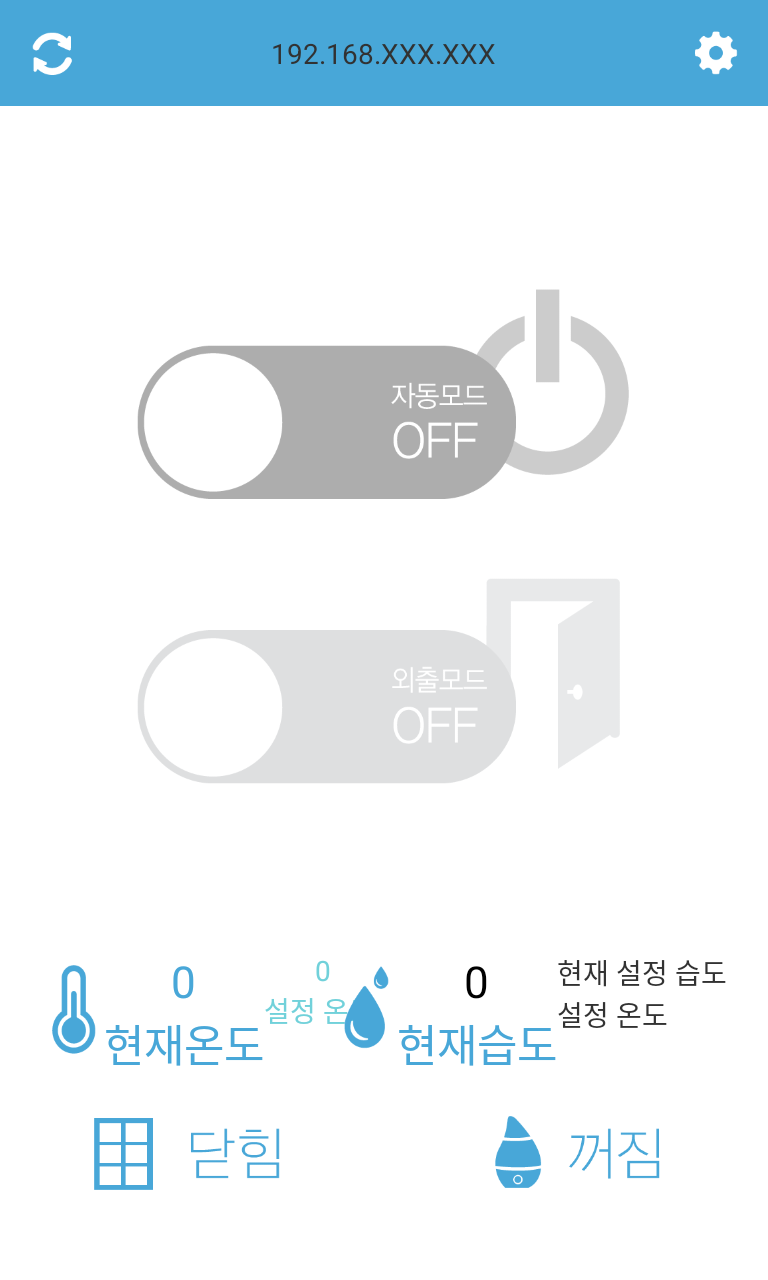
Repository: YeoeunJeong/SinNaYeo
Layout: sny_android/SinNaYeoAndroid/res/layout/activity_sin_na_yeo_main.xml
These files come from the project's save history. The layout is drawn as it stood at one moment and after the next save; the edit follows.
It is drawn on a 768 x 1280 px phone screen (xhdpi) without system bars, with theme android:Theme.Holo.Light.NoActionBar; the app's code is not run.

Above is the layout before, as saved 2015-09-24 19:53:27.

### sny_android/SinNaYeoAndroid/res/layout/activity_sin_na_yeo_main.xml
<LinearLayout xmlns:android="http://schemas.android.com/apk/res/android"
    xmlns:tools="http://schemas.android.com/tools"
    android:id="@+id/LinearLayout1"
    android:layout_width="match_parent"
    android:layout_height="match_parent"
    android:orientation="vertical"
    tools:context=".SinNaYeoMainActivity" >

    <RelativeLayout
        android:layout_width="match_parent"
        android:layout_height="53dp "
        android:background="#48A7d8" >

        <ImageButton
            android:id="@+id/main_renew_btn"
            android:layout_width="wrap_content"
            android:layout_height="wrap_content"
            android:layout_alignParentLeft="true"
            android:layout_gravity="center_vertical"
            android:layout_marginLeft="15dp"
            android:layout_marginTop="15dp"
            android:background="#00ff0000"
            android:onClick="mOnClick"
            android:src="@drawable/btn_main_renew" />

        <ImageButton
            android:id="@+id/main_setting_btn"
            android:layout_width="wrap_content"
            android:layout_height="wrap_content"
            android:layout_alignParentRight="true"
            android:layout_marginRight="15dp"
            android:layout_marginTop="15dp"
            android:background="#00ff0000"
            android:src="@drawable/btn_main_setting" />

        <TextView
            android:id="@+id/main_ip_tv"
            android:layout_width="wrap_content"
            android:layout_height="wrap_content"
            android:layout_centerHorizontal="true"
            android:layout_centerVertical="true"
            android:text="192.168.XXX.XXX" />
    </RelativeLayout>

    <RelativeLayout
        android:layout_width="match_parent"
        android:layout_height="match_parent"
        android:orientation="vertical" >

        <TextView
            android:id="@+id/main_outing_tv"
            android:layout_width="wrap_content"
            android:layout_height="wrap_content"
            android:layout_alignParentTop="true"
            android:layout_centerHorizontal="true"
            android:layout_marginTop="30dp"
            android:text="외출 관리는 2시간 후에 시작됩니다."
            android:visibility="invisible" />

        <ImageButton
            android:id="@+id/main_automode_btn"
            android:layout_width="wrap_content"
            android:layout_height="wrap_content"
            android:layout_centerHorizontal="true"
            android:layout_marginTop="86.33dp"
            android:background="#00ff0000"
            android:src="@drawable/btn_auto_off" />

        <ImageButton
            android:id="@+id/main_outing_btn"
            android:layout_width="wrap_content"
            android:layout_height="wrap_content"
            android:layout_below="@id/main_automode_btn"
            android:layout_centerHorizontal="true"
            android:layout_marginTop="28.67dp"
            android:background="#00ff0000"
            android:onClick="mOnClick"
            android:src="@drawable/btn_outing_nonclickable" />

        <ImageButton
            android:id="@+id/main_humidifier_btn"
            android:layout_width="wrap_content"
            android:layout_height="wrap_content"
            android:layout_alignParentBottom="true"
            android:layout_alignParentRight="true"
            android:layout_marginBottom="32.33dp"
            android:layout_marginRight="20.67dp"
            android:background="#00ff0000"
            android:onClick="mOnClick"
            android:src="@drawable/btn_humid_off" />

        <ImageButton
            android:id="@+id/main_window_btn"
            android:layout_width="wrap_content"
            android:layout_height="wrap_content"
            android:layout_alignParentBottom="true"
            android:layout_alignParentLeft="true"
            android:layout_marginBottom="32.33dp"
            android:layout_marginLeft="20.67dp"
            android:background="#00ff0000"
            android:onClick="mOnClick"
            android:src="@drawable/btn_window_closed" />

        <LinearLayout
            android:layout_width="wrap_content"
            android:layout_height="wrap_content"
            android:layout_above="@id/main_window_btn"
            android:layout_alignParentLeft="true"
            android:layout_marginBottom="15.33dp"
            android:layout_marginLeft="20.67dp"
            android:orientation="horizontal" >

            <ImageView
                android:layout_width="wrap_content"
                android:layout_height="wrap_content"
                android:src="@drawable/img_temper" />

            <LinearLayout
                android:layout_width="wrap_content"
                android:layout_height="match_parent"
                android:orientation="vertical" >

                <TextView
                    android:id="@+id/main_now_temper_tv"
                    android:layout_width="wrap_content"
                    android:layout_height="wrap_content"
                    android:layout_gravity="center"
                    android:text="0"
                    android:textAppearance="?android:attr/textAppearanceLarge"
                    android:textColor="#48A7D8" />

                <TextView
                    android:layout_width="wrap_content"
                    android:layout_height="wrap_content"
                    android:layout_gravity="center"
                    android:text="현재온도"
                    android:textAppearance="?android:attr/textAppearanceLarge"
                    android:textColor="#48A7D8" />
            </LinearLayout>

            <LinearLayout
                android:layout_width="wrap_content"
                android:layout_height="match_parent"
                android:orientation="vertical" >

                <TextView
                    android:id="@+id/main_set_temper_tv"
                    android:layout_width="wrap_content"
                    android:layout_height="wrap_content"
                    android:layout_gravity="center"
                    android:text="0"
                    android:textAppearance="?android:attr/textAppearanceSmall"
                    android:textColor="#71D1DA" />

                <TextView
                    android:layout_width="wrap_content"
                    android:layout_height="wrap_content"
                    android:layout_gravity="center"
                    android:layout_gravity="bottom"
                    android:gravity="bottom"
                    android:text="설정 온도 "
                    android:textAppearance="?android:attr/textAppearanceSmall"
                    android:textColor="#71D1DA" />
            </LinearLayout>
        </LinearLayout>

        <LinearLayout
            android:layout_width="wrap_content"
            android:layout_height="wrap_content"
            android:layout_above="@id/main_humidifier_btn"
            android:layout_alignParentRight="true"
            android:layout_marginBottom="15.33dp"
            android:layout_marginRight="20.67dp"
            android:orientation="horizontal" >

            <ImageView
                android:layout_width="wrap_content"
                android:layout_height="wrap_content"
                android:src="@drawable/img_humid" />

            <LinearLayout
                android:layout_width="wrap_content"
                android:layout_height="match_parent"
                android:orientation="vertical" >

                <TextView
                    android:id="@+id/main_now_humid_tv"
                    android:layout_width="wrap_content"
                    android:layout_height="wrap_content"
                    android:layout_gravity="center"
                    android:text="0"
                    android:textAppearance="?android:attr/textAppearanceLarge" />

                <TextView
                    android:layout_width="wrap_content"
                    android:layout_height="wrap_content"
                    android:layout_gravity="center"
                    android:text="현재습도"
                    android:textAppearance="?android:attr/textAppearanceLarge"
                    android:textColor="#48A7D8" />
            </LinearLayout>

            <LinearLayout
                android:layout_width="wrap_content"
                android:layout_height="match_parent"
                android:orientation="vertical" >

                <TextView
                    android:id="@+id/main_set_humid_tv"
                    android:layout_width="wrap_content"
                    android:layout_height="wrap_content"
                    android:text="현재 설정 습도"
                    android:textAppearance="?android:attr/textAppearanceSmall" />

                <TextView
                    android:layout_width="wrap_content"
                    android:layout_height="wrap_content"
                    android:layout_gravity="center"
                    android:layout_gravity="bottom"
                    android:gravity="bottom"
                    android:text="설정 온도 "
                    android:textAppearance="?android:attr/textAppearanceSmall" >
                </TextView>
            </LinearLayout>
        </LinearLayout>
    </RelativeLayout>

</LinearLayout>

After the next save:
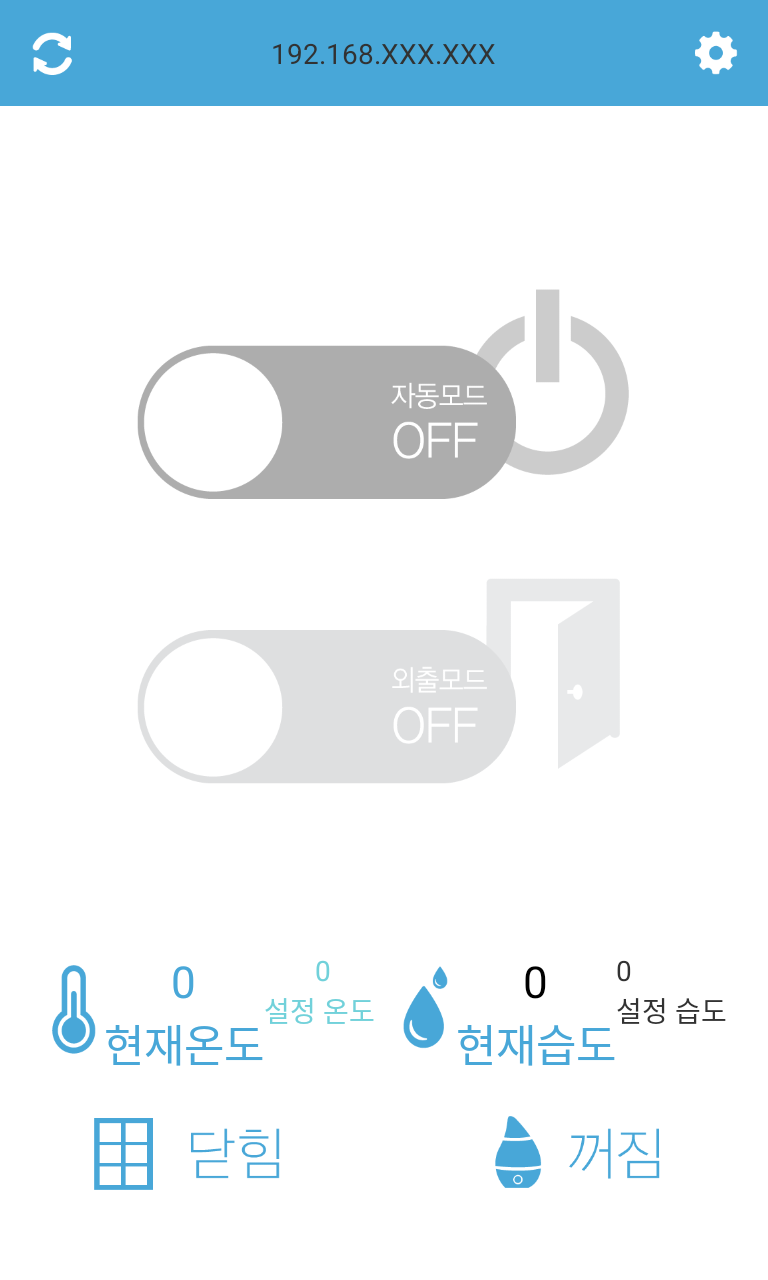
Saved 9 s later.
--- a/sny_android/SinNaYeoAndroid/res/layout/activity_sin_na_yeo_main.xml
+++ b/sny_android/SinNaYeoAndroid/res/layout/activity_sin_na_yeo_main.xml
@@ -209,7 +209,7 @@
                     android:id="@+id/main_set_humid_tv"
                     android:layout_width="wrap_content"
                     android:layout_height="wrap_content"
-                    android:text="현재 설정 습도"
+                    android:text="0"
                     android:textAppearance="?android:attr/textAppearanceSmall" />
 
                 <TextView
@@ -218,7 +218,7 @@
                     android:layout_gravity="center"
                     android:layout_gravity="bottom"
                     android:gravity="bottom"
-                    android:text="설정 온도 "
+                    android:text="설정 습도"
                     android:textAppearance="?android:attr/textAppearanceSmall" >
                 </TextView>
             </LinearLayout>
